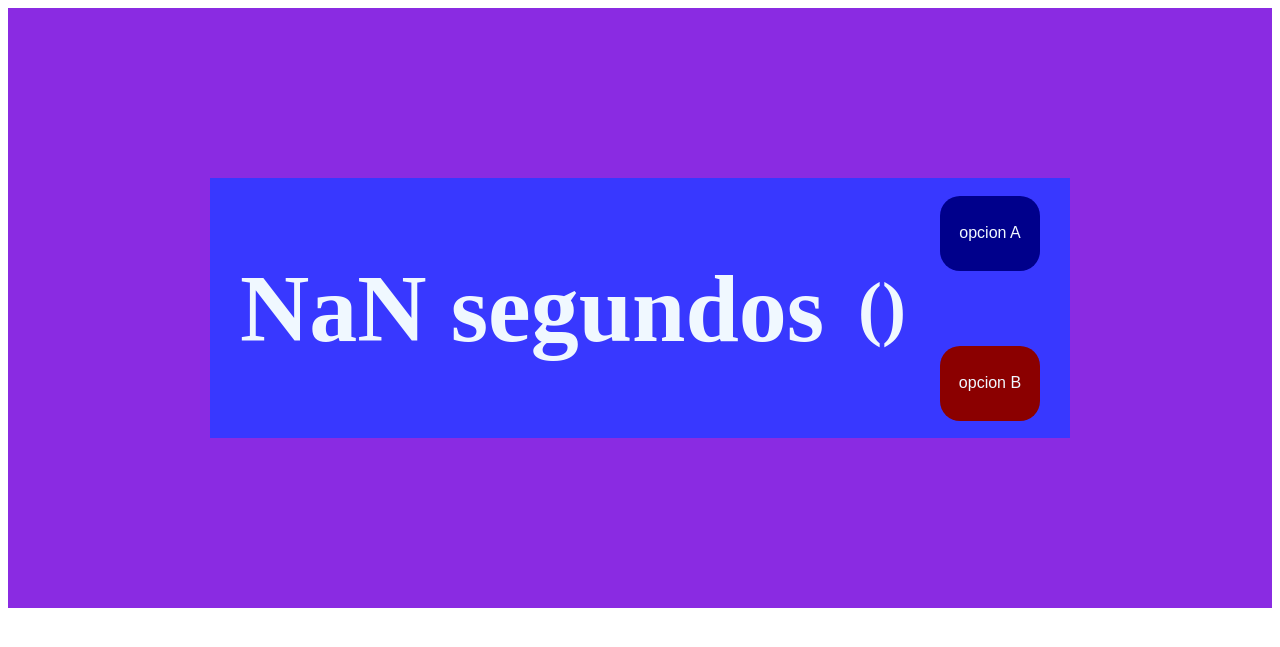
Repository: eschala/Proyecto_Clonaci-n_Kahoot_2023-2
Page: Borrador_Samir_Kahoot_NEW/Prueaba_Validar.html
The author's editor kept a copy of each file at every save. The page is drawn from the files as they stood at one save, then again after the next save.
The browser window is 1280 px wide. The pictures show the whole page.

Above is the page before, as saved 2023-11-29 13:26:21.

### Borrador_Samir_Kahoot_NEW/Prueaba_Validar.html
<!DOCTYPE html>
<html lang="en">

<head>
    <meta charset="UTF-8">
    <meta name="viewport" content="width=device-width, initial-scale=1.0">
    <title>Document</title>
    <style>

    </style>
    <link rel="stylesheet" href="stylePrueba.css">

</head>

<body>
    <div class="container">

        <div class="sectionContainer">

            <h1 class="tituloClass">
                pregunta
            </h1>
            <h2 class="aviso">
                ()
            </h2>

            <div class="section_Buttons">
                <div class="btn_content"><button type="button" class="btn_1 botones">opcion A</button></div>
                <div class="btn_content"><button type="button" class="btn_2 botones">opcion B</button></div>

            </div>


        </div>

    </div>

    <script src="respuesta_VALIDAR.js"></script>
</body>

</html>

### Borrador_Samir_Kahoot_NEW/stylePrueba.css
.container {

    width: 100%;
    height: 600px;
    background-color: blueviolet;

    display: flex;
    flex-direction: column;

    align-items: center;
    justify-content: center;

}

.sectionContainer {

    height: 200px;
    width: 800px;

    background-color: rgb(56, 56, 255);

    display: flex;
    justify-content: space-between;
    align-items: center;
    color: aliceblue;

    font-size: 3rem;
    padding: 30px;
}

.sub_Container_2 {

    height: 200px;
    width: 800px;

    background-color: red;

    display: flex;

}

.btn_content {
    height: 150px;
    width: 100px;
    display: flex;

    align-items: center;
    justify-content: center;

    cursor: pointer;
}

.btn_1 {
    width: 100%;
    height: 50%;

    background-color:darkblue;
}

.btn_2 {
    width: 100%;
    height: 50%;

    background-color:darkred;
}

.botones:hover{

    opacity: 50%;
    cursor: pointer;
}

.botones{


    color:aliceblue;
    font-size: 1rem;
    cursor: pointer;

    border-radius: 20px;
    border: 0px;
}

### Borrador_Samir_Kahoot_NEW/respuesta_VALIDAR.js
const container_E=document.querySelector(".container");
const sectionContainer_E=document.querySelector(".sectionContainer");
const sub_Container_2_E=document.querySelector(".sub_Container_2");
const btn_1_E=document.querySelector(".btn_1");
const btn_2_E=document.querySelector(".btn_2");
const h2_E=document.querySelector(".aviso");
const tituloClass_E=document.querySelector(".tituloClass");

/* const container_element=".container";
const sectionContainer_element=".sectionContainer";
const sub_Container_2_element=".sub_Container_2";
const btn_1_element=".btn_1";
const btn_2_element=".btn_2";
const h2_element=".aviso";
const tituloClass_element=".tituloClass";

container_element=document.querySelector(container_element);
sectionContainer_element=document.querySelector(sectionContainer_element);
sub_Container_2_element=document.querySelector(sub_Container_2_element);
btn_1_element=document.querySelector(btn_1_element);
btn_2_element=document.querySelector(btn_2_element);
h2_element=document.querySelector(h2_element);
tituloClass_element=document.querySelector(tituloClass_element);
 */
   let contar;
let segundos =1;
const intervalo= segundos*1000;



var funcionPrueba=()=>{
    contar++;

    tituloClass_E.innerHTML=contar+ " segundos";
}


const tiempoFuera = setInterval(funcionPrueba,intervalo);

After the next save:
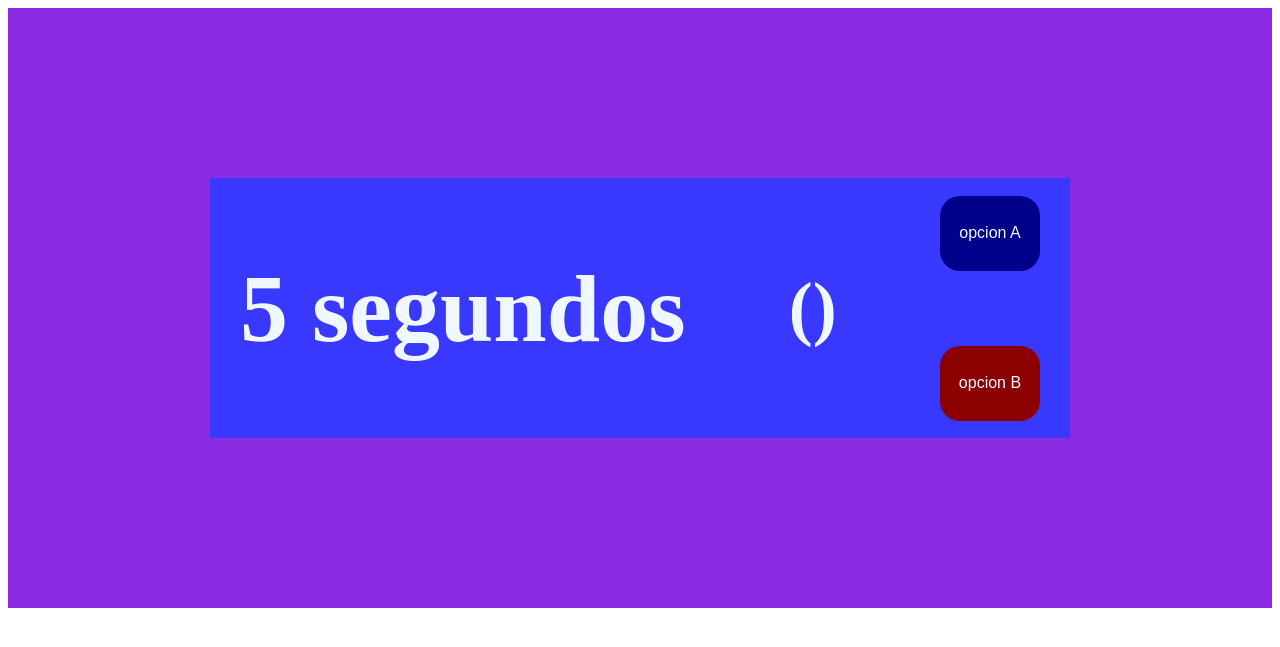
Saved 8 s later.
--- a/Borrador_Samir_Kahoot_NEW/respuesta_VALIDAR.js
+++ b/Borrador_Samir_Kahoot_NEW/respuesta_VALIDAR.js
@@ -22,7 +22,7 @@ btn_2_element=document.querySelector(btn_2_element);
 h2_element=document.querySelector(h2_element);
 tituloClass_element=document.querySelector(tituloClass_element);
  */
-   let contar;
+   let contar=0;
 let segundos =1;
 const intervalo= segundos*1000;
 
